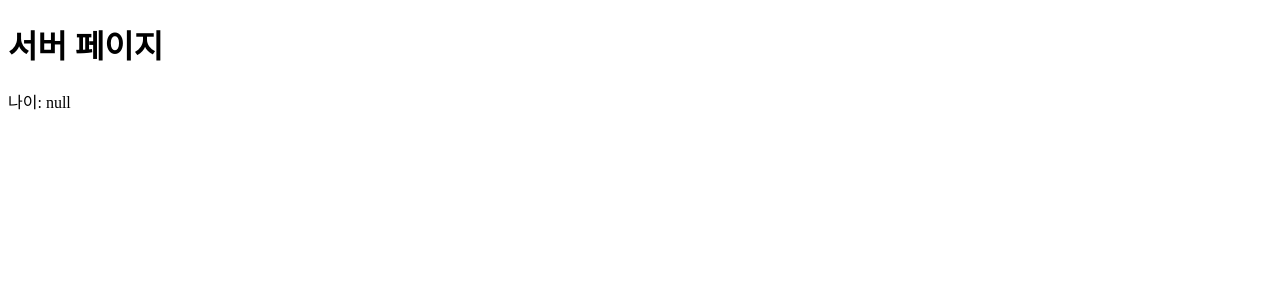
Repository: sujin9335/Front-end
Page: http://localhost/ClientTest/html/ex18_server.jsp
The author's editor kept a copy of each file at every save. The page is drawn from the files as they stood at one save, then again after the next save.
The browser window is 1280 px wide. The pictures show the whole page.
The page is served by Tomcat 9.

Above is the page before, as saved 2023-09-21 05:16:11.

After the next save:
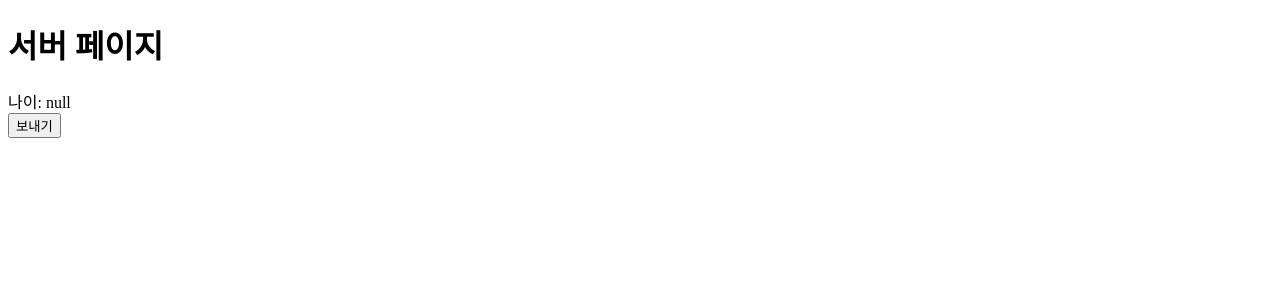
Saved 4 min 38 s later.
--- a/ClientTest/src/main/webapp/html/ex18_server.jsp
+++ b/ClientTest/src/main/webapp/html/ex18_server.jsp
@@ -19,7 +19,11 @@
 
 	%>
 
-	<p>나이: <%= textAge %></p>
+	<form method="post" action="ex18_server.jsp"></form>
+		나이: <%= textAge %>
+		<br>
+		<input type="submit" value="보내기">
+	</form>
 
 </body>
 </html>

After the 2 saves that followed:
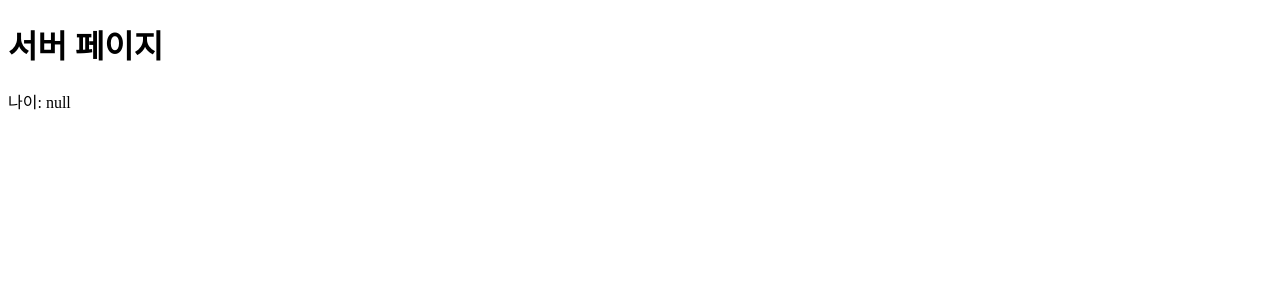
The 2 saves are shown as one change because 1 left the picture as it was.
The last was saved 70 s later.
--- a/ClientTest/src/main/webapp/html/ex18_server.jsp
+++ b/ClientTest/src/main/webapp/html/ex18_server.jsp
@@ -19,11 +19,8 @@
 
 	%>
 
-	<form method="post" action="ex18_server.jsp"></form>
-		나이: <%= textAge %>
-		<br>
-		<input type="submit" value="보내기">
-	</form>
+
+	<p>나이: <%= textAge %></p>
 
 </body>
 </html>
